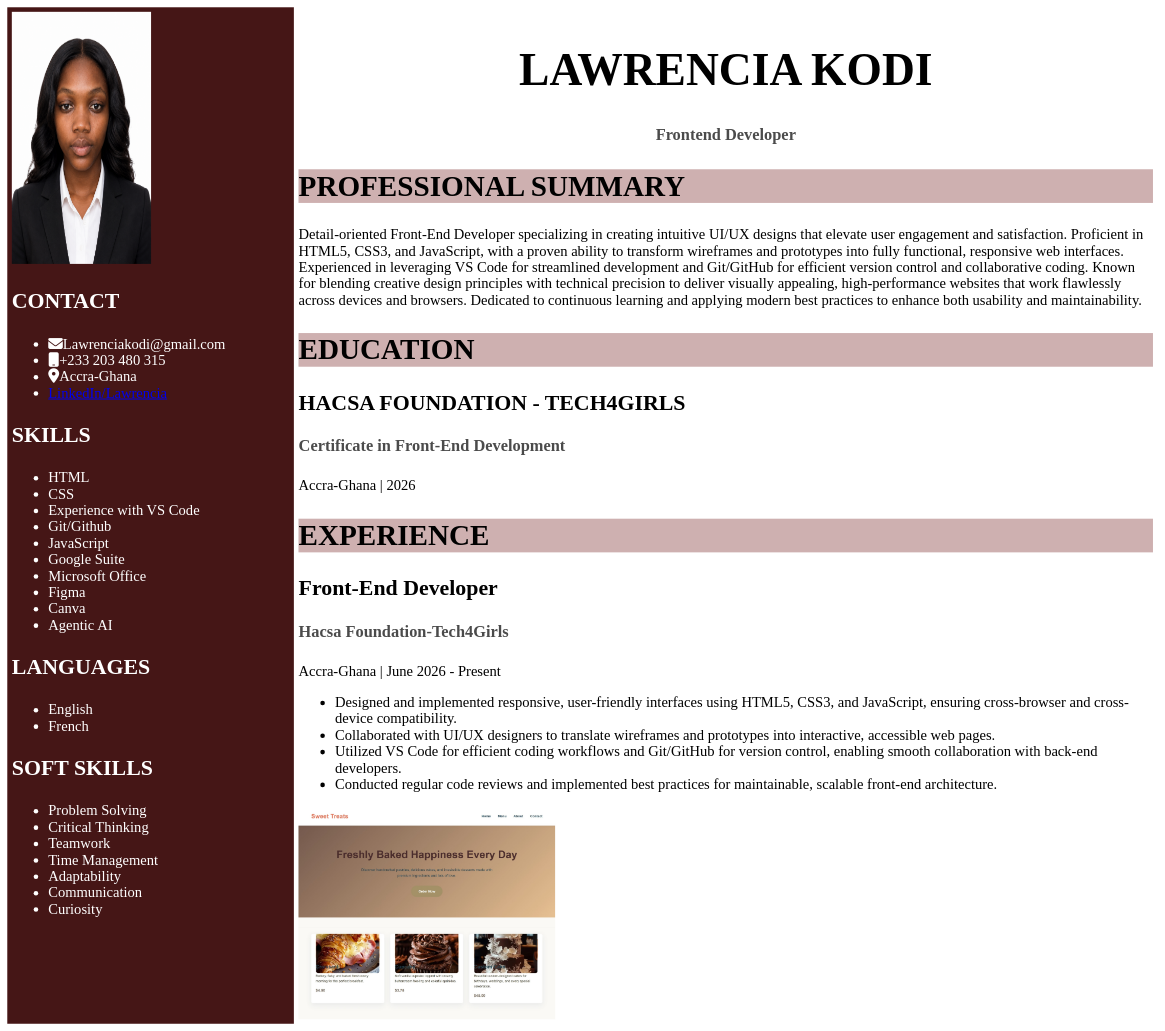
Repository: lawrencia-coder/T4G_CV
Page: index.html
An editor plug-in stored every save of this project. The page is shown before and after the next save, followed by the edit.
The browser window is 1280 px wide. The pictures show the whole page, at 91% of full size.
Some icons come from a web library that is not loaded, so they are not drawn. Some web libraries are served in a nearby version.

Above is the page before, as saved 2026-07-15 08:43:21.

After the next save:
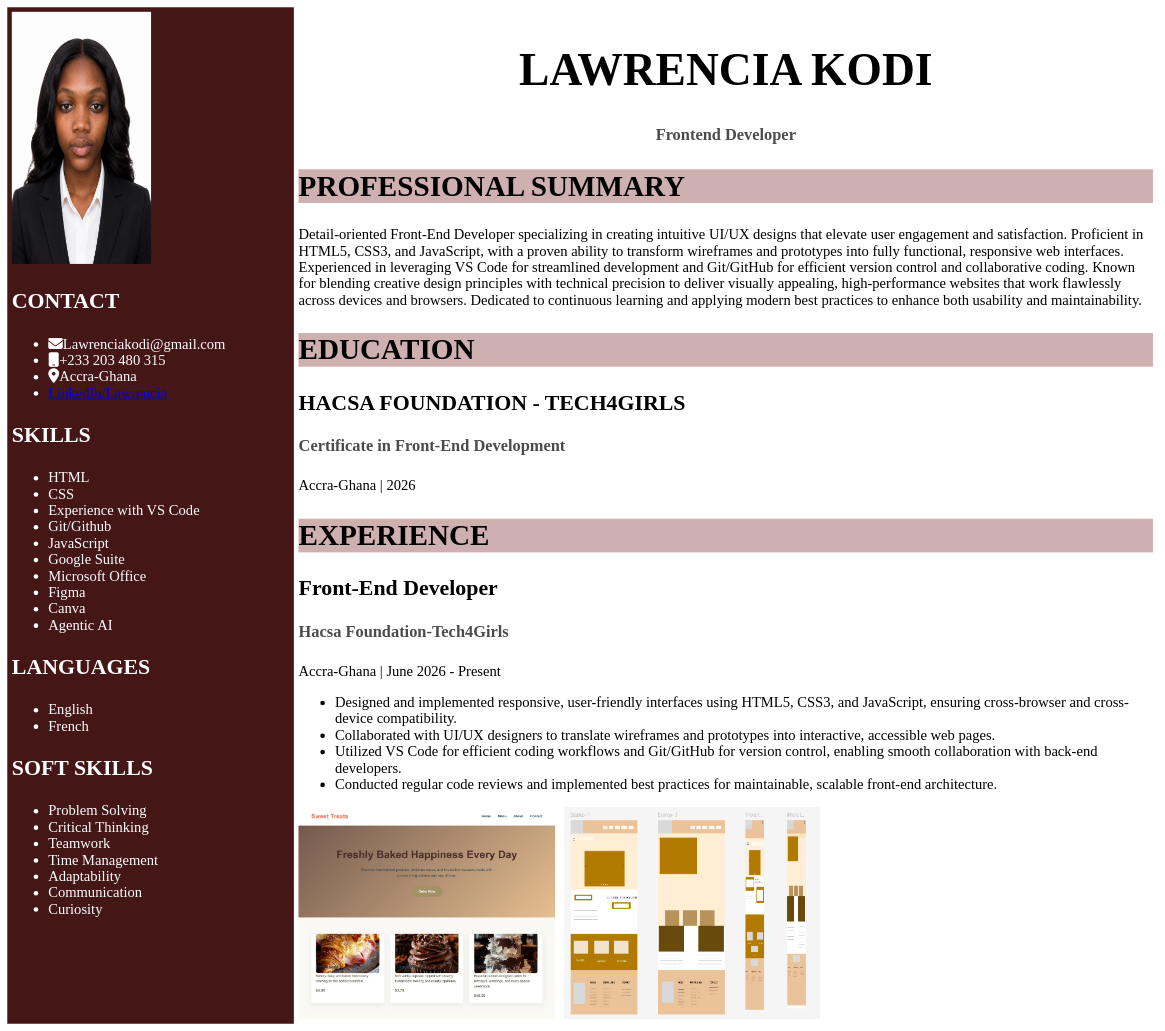
Saved 67 s later.
--- a/index.html
+++ b/index.html
@@ -91,7 +91,7 @@
 
                  <div class="portfolio">
                     <img src="images/Screenshot_15-7-2026_84035_lawrencia-coder.github.io.jpeg" alt="">
-                    <img src="" alt="">
+                    <img src="images/Screenshot 2026-07-15 082621.png" alt="">
                     <img src="" alt="">
                  </div>
          </div>
